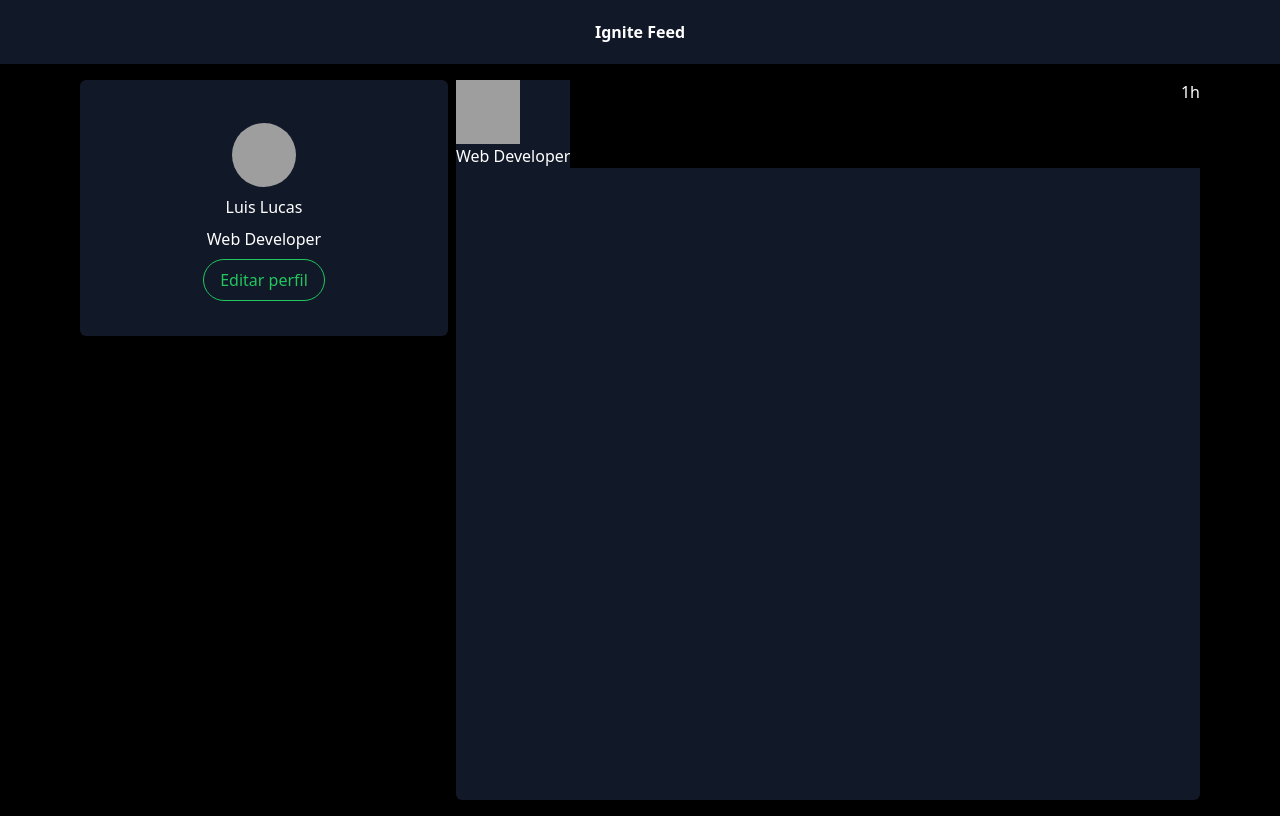
Repository: LuisSempre/ignite-feed
Page: /
The author's editor kept a copy of each file at every save. The page is drawn from the files as they stood at one save, then again after the next save.
The browser window is 1280 px wide. The pictures show the whole page.
Pictures or frames that could not be fetched are drawn as grey boxes. The project was rebuilt for these pictures with package versions that can differ from the ones it lists, and the page was loaded fresh each time. Also part of the build but not shown: vite.config.js.

Above is the page before, as saved 2022-07-13 22:50:36.

### src/App.jsx
import { Header } from "./Components/Header"
import { Sidebar } from "./Components/Sidebar"
import { Post } from "./Components/Post"
function App() {
  return (
    <div>
      <Header />
      <div className="max-w-6xl mx-auto p-4 grid grid-cols-3 gap-2 items-start">
        <Sidebar />
        <div className="col-span-2">
         <Post />
        </div>
      </div>
    </div>
  );
}

export default App;

### src/index.css
@tailwind base;
@tailwind components;
@tailwind utilities;

* {
    @apply bg-black text-white;
}

h1, span, a, img {
    @apply bg-gray-900
}

### src/Components/Header.jsx
export function Header() {
  return (
    <div className="flex items-center justify-center h-16 bg-gray-900 mx-auto w-full">
      <h1 className="font-bold bg-gray-900">Ignite Feed</h1>
    </div>
  )
}

### src/Components/Sidebar.jsx
export function Sidebar() {
  return (
    <div className="rounded-md bg-gray-900 justify-center items-center flex flex-col text-center  h-64 space-y-2">
        <span className=" bg-gradient-r from-green-500 via-blue-500"></span>
        <img
          className="w-16 h-16 rounded-full overflow-hidden object-cover"
          src="https://avatars.githubusercontent.com/u/32404639?v=4"
          alt=""
        />
        <h1>Luis Lucas</h1>
        <span>Web Developer</span>
        <a
          href=""
          className="border border-green-500 px-4 py-2 rounded-full text-green-500"
        >
          Editar perfil
        </a>
    </div>
  );
}

### src/Components/Post.jsx
export function Post() {
  return (
    <div className="bg-gray-900 rounded-md h-screen">
      <div className="flex justify-between">
        <div className="bg-gray-900 flex flex-col">
          <img
            className="h-16 w-16"
            src="https://github.com/luissempre.png"
            alt=""
          />
          <span>Web Developer</span>
        </div>
        <div>
            <time>1h</time>
        </div>
      </div>
    </div>
  );
}

Loaded but not shown: index.html (common file); src/main.jsx (common file); tailwind.config.js (common file)

After the next save:
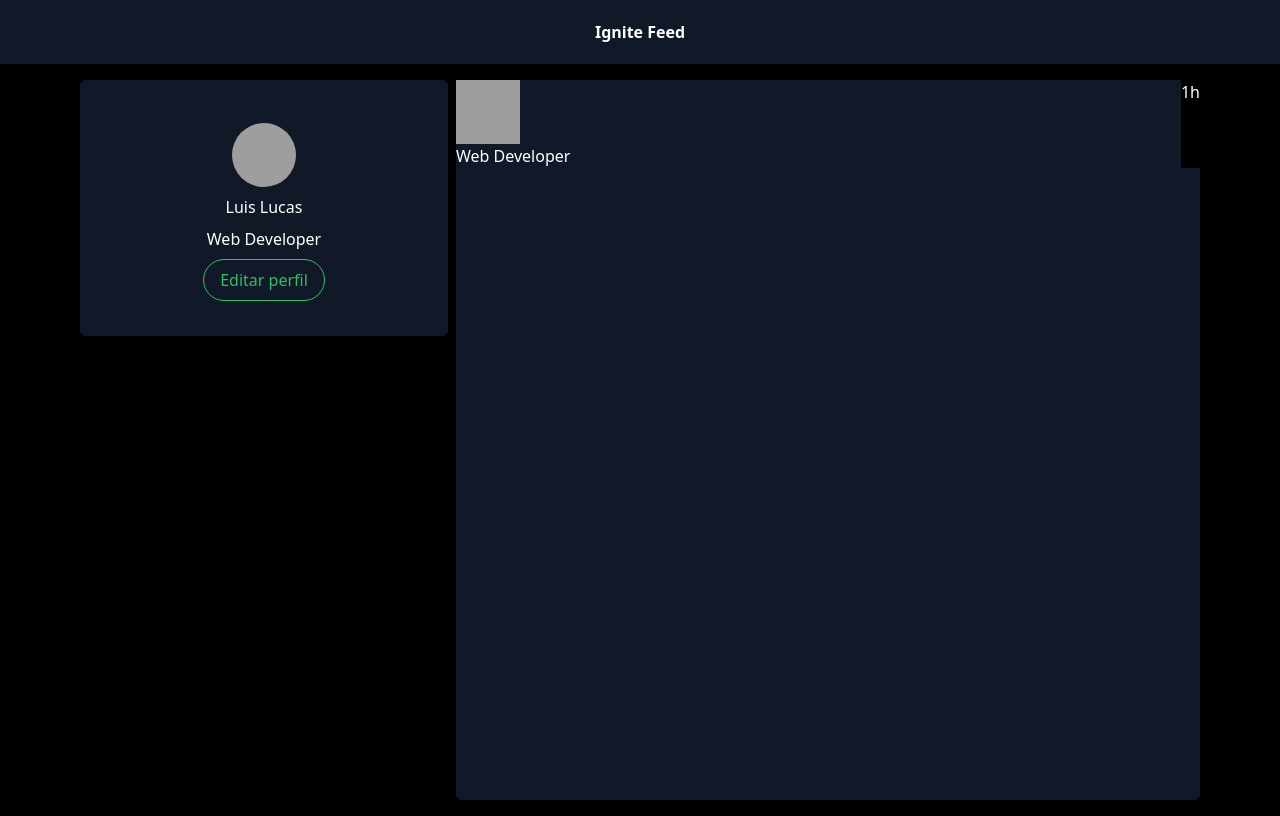
Saved 10 s later.
--- a/src/Components/Post.jsx
+++ b/src/Components/Post.jsx
@@ -1,7 +1,7 @@
 export function Post() {
   return (
     <div className="bg-gray-900 rounded-md h-screen">
-      <div className="flex justify-between">
+      <div className="flex justify-between bg-gray-900">
         <div className="bg-gray-900 flex flex-col">
           <img
             className="h-16 w-16"
